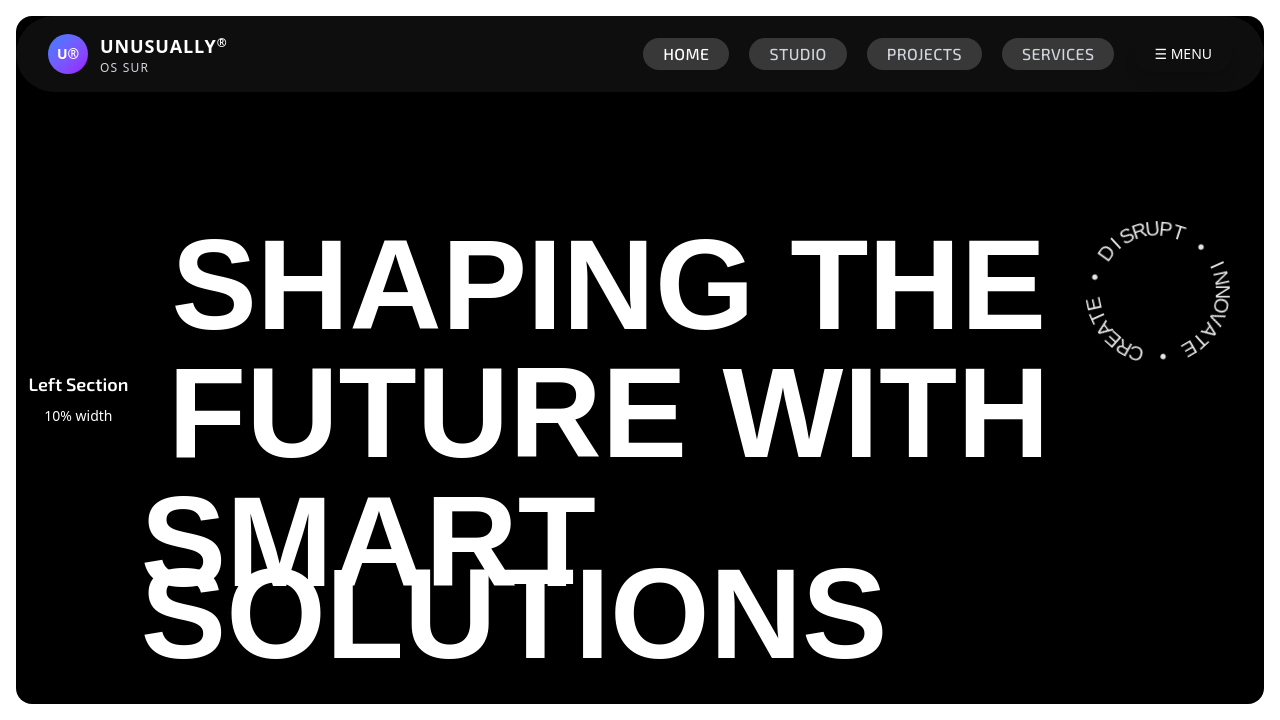
Repository: A-y-u-s-h-29/Digital-Express-India-With-Carrer-Page-And-RazorPay
Page: / (app in op/)
The author's editor kept a copy of each file at every save. The page is drawn from the files as they stood at one save, then again after the next save.
The browser window is 1280 px wide. The pictures show the whole page.
Some web fonts or font styles are not loaded; a fallback is used. The project was rebuilt for these pictures with package versions that can differ from the ones it lists, and the page was loaded fresh each time. Also part of the build but not shown: op/vite.config.js.

Above is the page before, as saved 2025-12-04 15:31:45.

After the next save:
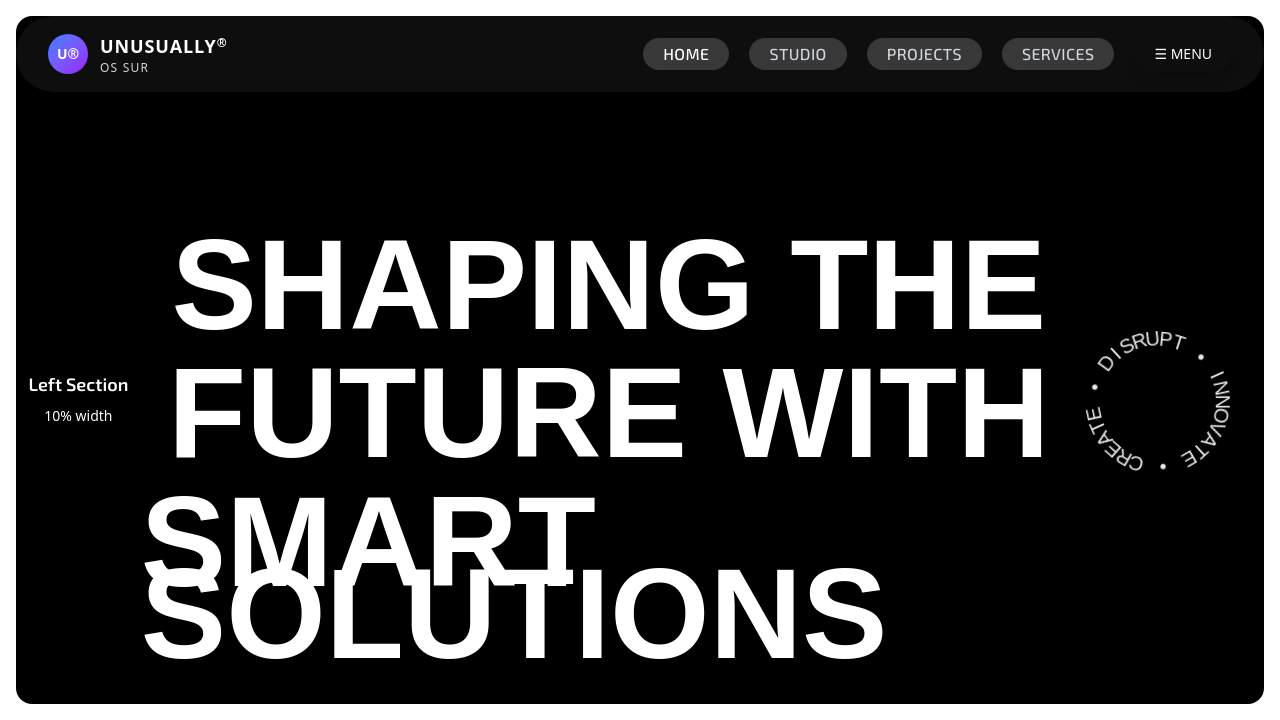
Saved 4 s later.
--- a/op/src/components/Home.jsx
+++ b/op/src/components/Home.jsx
@@ -57,7 +57,7 @@ function Home() {
                 text="INNOVATE • CREATE • DISRUPT • "
                 spinDuration={30}
                 onHover="speedUp"
-                className="text-white/90  big font-light text-xs  "
+                className="text-white/90  big font-light text-xs mt-55 "
               />
               </button>
 
